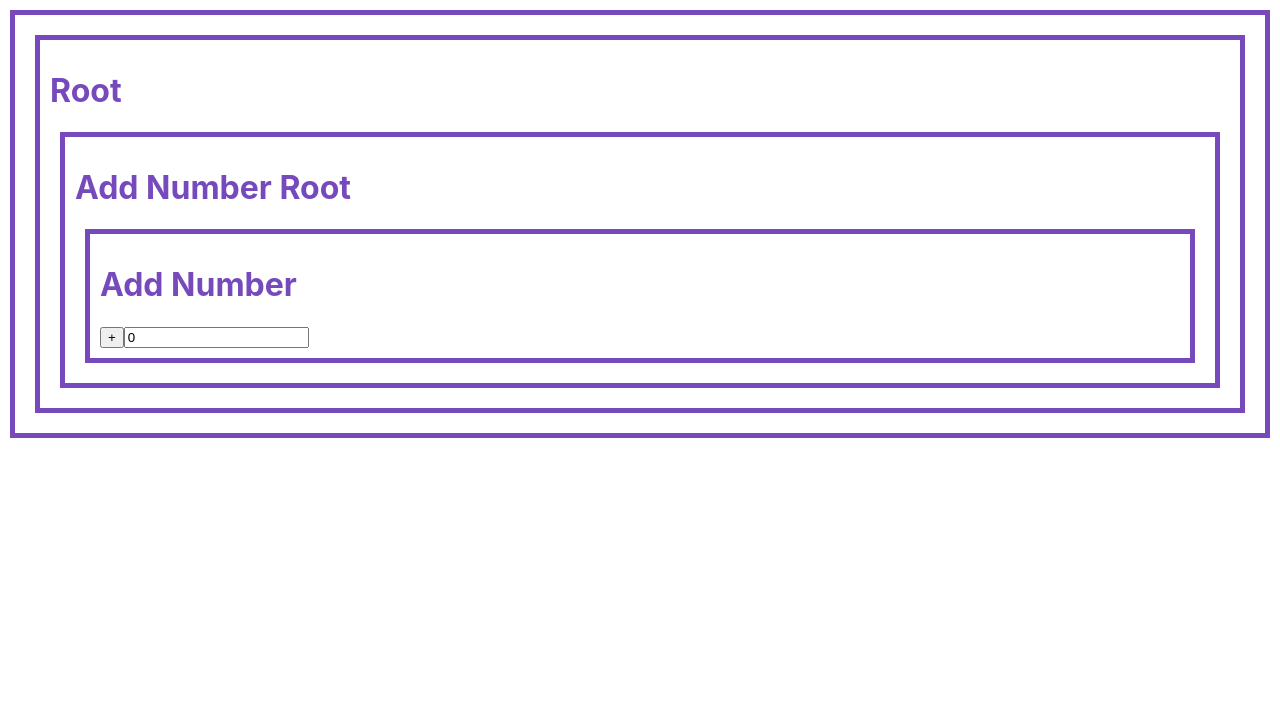
Repository: kyh5270/workspace_react
Page: /
These files come from the project's save history. The page is drawn as it stood at one moment and after the next save; the edit follows.
The browser window is 1280 px wide. The pictures show the whole page.
The project was rebuilt for these pictures with package versions that can differ from the ones it lists, and the page was loaded fresh each time.

Above is the page before, as saved 2020-09-15 22:36:16.

After the next save:
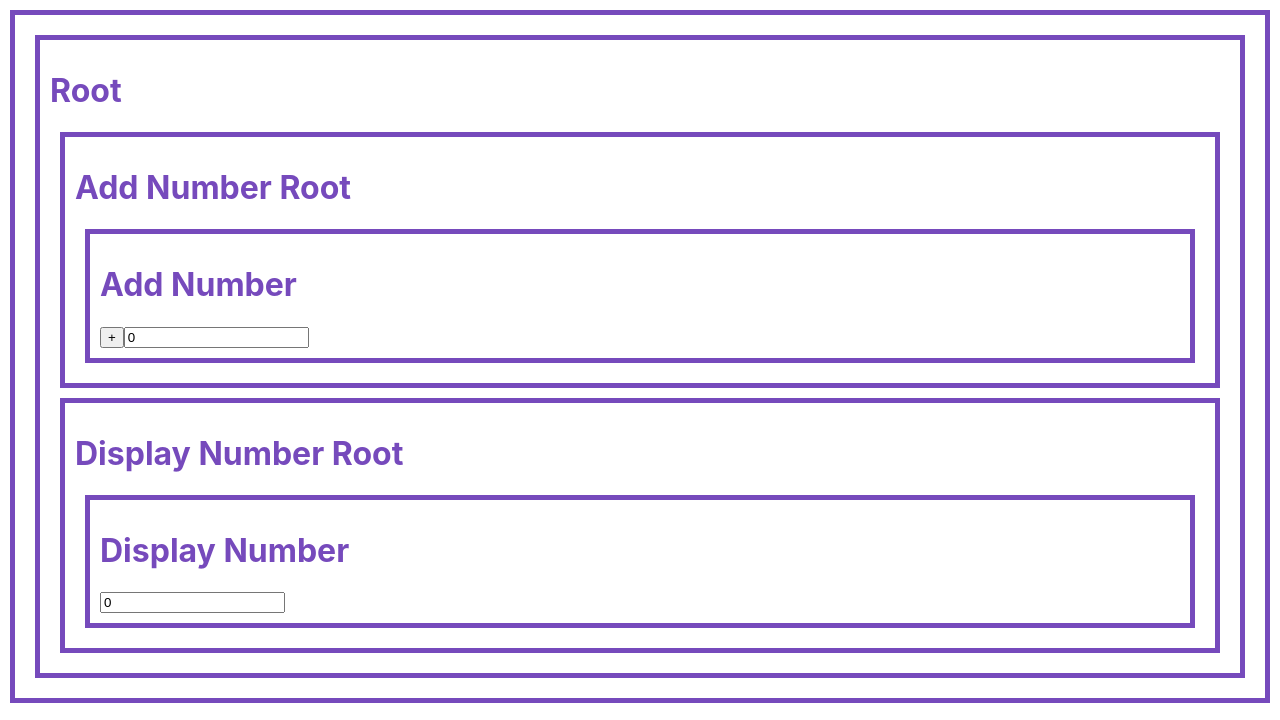
Saved 17 s later.
--- a/src/App.js
+++ b/src/App.js
@@ -52,6 +52,7 @@ function App() {
     <div className="App">
       <h1>Root</h1>
       <AddNumberRoot></AddNumberRoot>
+      <DisplayNumberRoot></DisplayNumberRoot>
     </div>
   );
 }
